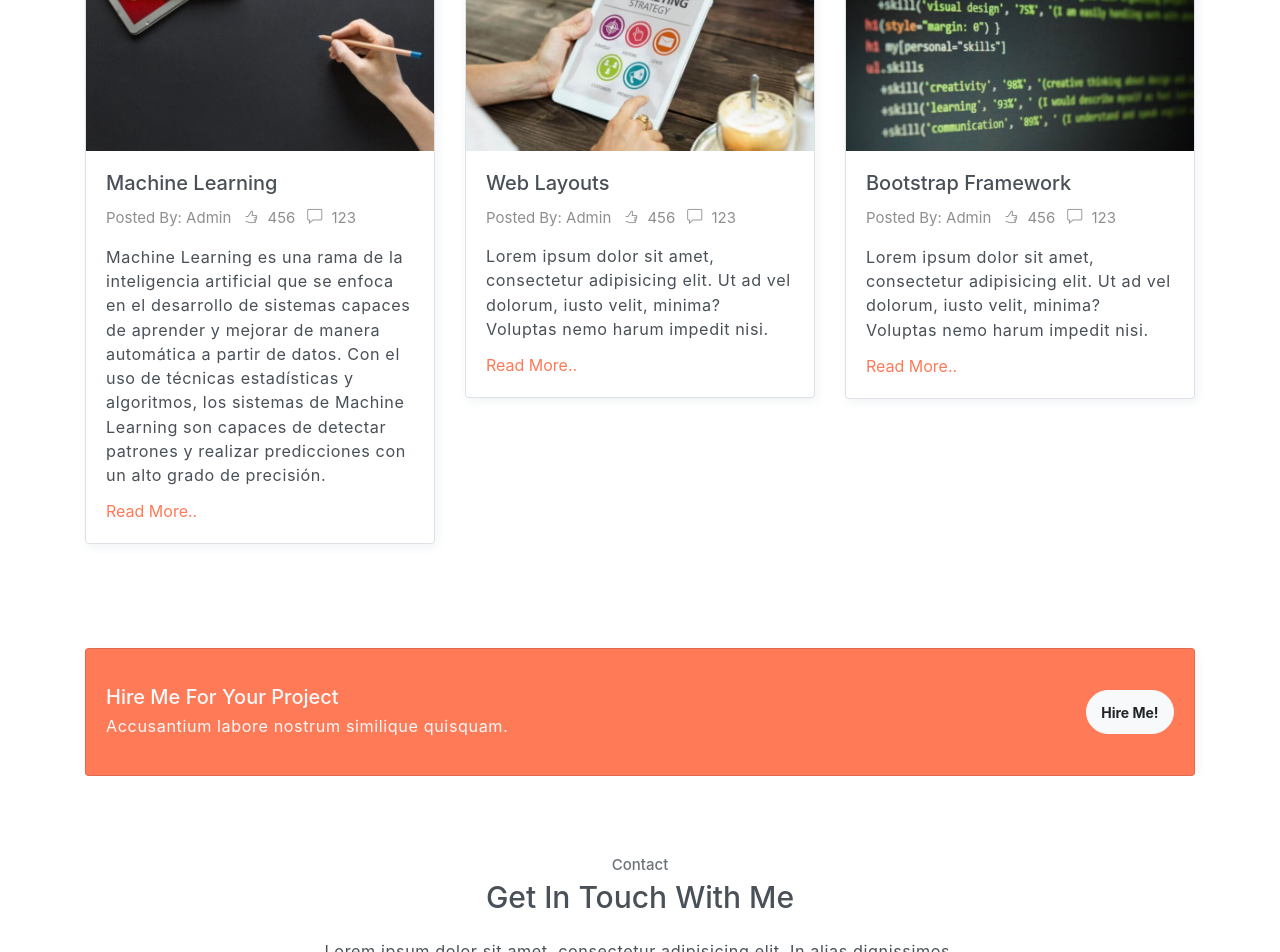
Repository: camilapisano/camilapisano.github.io
Page: index.html
An editor plug-in stored every save of this project. The page is shown before and after the next save, followed by the edit.
The browser window is 1280 px wide. The pictures show the part of the page from y = 2742 to 3694 px (the page is 4618 px tall before and 4497 px after).

Above is the page before, as saved 2023-01-18 14:53:47.

### index.html
<!DOCTYPE html>
<html lang="en">
<head>
	<meta charset="utf-8">
    <meta name="viewport" content="width=device-width, initial-scale=1, shrink-to-fit=no">
    <meta name="description" content="Start your development with Steller landing page.">
    <meta name="author" content="Devcrud">
    <title>Camila Pisano - Github </title>
    <!-- font icons -->
    <link rel="stylesheet" href="assets/vendors/themify-icons/css/themify-icons.css">
    <!-- Bootstrap + Steller main styles -->
	<link rel="stylesheet" href="assets/css/steller.css">
</head>
<body data-spy="scroll" data-target=".navbar" data-offset="40" id="home">

    <!-- Page navigation -->
    <nav class="navbar navbar-expand-lg navbar-light fixed-top" data-spy="affix" data-offset-top="0">
        <div class="container">
            <a class="navbar-brand" href="#"><img src="assets/imgs/logo.svg" alt=""></a>
            <button class="navbar-toggler" type="button" data-toggle="collapse" data-target="#navbarSupportedContent" aria-controls="navbarSupportedContent" aria-expanded="false" aria-label="Toggle navigation">
                <span class="navbar-toggler-icon"></span>
            </button>

            <div class="collapse navbar-collapse" id="navbarSupportedContent">
                <ul class="navbar-nav ml-auto align-items-center">
                    <li class="nav-item">
                        <a class="nav-link" href="#home">Home</a>
                    </li>
                    <li class="nav-item">
                        <a class="nav-link" href="#about">About</a>
                    </li>
                    <li class="nav-item">
                        <a class="nav-link" href="#service">Service</a>
                    </li>
                    <li class="nav-item d-none">
                        <a class="nav-link" href="#portfolio">Portfolio</a>
                    </li>
                    <li class="nav-item d-none">
                        <a class="nav-link" href="#testmonial">Testmonial</a>
                    </li>
                    <li class="nav-item">
                        <a class="nav-link" href="#blog">Blog</a>
                    </li>
                    <li class="nav-item">
                        <a class="nav-link" href="#contact">Contact</a>
                    </li>
                    <li class="nav-item">
                        <a class="- btn btn-primary rounded ml-4" href="components.html">ABOUT ME</a>
                    </li>
                </ul>
            </div>
        </div>
    </nav>
    <!-- End of page navibation -->

    <!-- Page Header -->
    <header class="header" id="home">
        <div class="container">
            <div class="infos">
                <h6 class="subtitle">hello,I'm</h6>
                <h6 class="title">Camila Pisano</h6>
                <p>Software Developer</p>

                <div class="buttons pt-3">
                    <button class="btn btn-primary rounded">ABOUT ME</button>
                    <button class="btn btn-dark rounded">DOWNLOAD CV</button>
                </div>

                <div class="socials mt-4">
                    <a class="social-item" href="javascript:void(0)"><i class="ti-facebook"></i></a>
                    <a class="social-item" href="javascript:void(0)"><i class="ti-google"></i></a>
                    <a class="social-item" href="javascript:void(0)"><i class="ti-github"></i></a>
                    <a class="social-item" href="javascript:void(0)"><i class="ti-twitter"></i></a>
                </div>
            </div>
            <div class="img-holder">
                <img src="assets/imgs/man.svg" alt="">
            </div>
        </div>

        <!-- Header-widget -->
        <div class="widget">
            <div class="widget-item">
                <h2>124</h2>
                <p>Happy Clients</p>
            </div>
            <div class="widget-item">
                <h2>456</h2>
                <p>Project Completed</p>
            </div>
            <div class="widget-item">
                <h2>789</h2>
                <p>Awards Won</p>
            </div>
        </div>
    </header>
    <!-- End of Page Header -->

    <!-- About section -->
    <section id="about" class="section mt-3">
        <div class="container mt-5">
            <div class="row text-center text-md-left">
                <div class="col-md-3">
                    <img src="assets/imgs/avatar.png" alt="" class="img-thumbnail mb-4">
                </div>
                <div class="pl-md-4 col-md-9">
                    <h6 class="title">Camila Pisano</h6>
                    <p class="subtitle">Software Developer</p>
                    <p>I am a professional with experience in the administrative and financial sector, and a growing passion for technology and programming. I am currently studying at ORT and deeping my knowledge in Python, with the goal of specializing in Machine Learning. My ability to learn quickly, my motivation for challenges, and my creativity are my main strengths. I have experience in administration and finance, accounting, foreign trade purchasing and customer service. I have led ERP implementation projects and performed administrative and accounting tasks. With a high level of responsibility and commitment in all tasks assigned to me, I am ready to apply my skills and knowledge in the field of artificial intelligence and machine learning.</p>
                    <p>.</p>
                    <button class="btn btn-primary rounded mt-3">DOWNLOAD CV</button>
                </div>
            </div>
        </div>
    </section>

    <!-- Service section -->
    <section id="service" class="section">
        <div class="container text-center">
            <h6 class="subtitle">Service</h6>
            <h6 class="section-title mb-4">What I Do</h6>
            <p class="mb-5 pb-4">Lorem ipsum dolor sit amet, consectetur adipisicing elit. In alias dignissimos. <br> rerum commodi corrupti, temporibus non quam.</p>

            <div class="row">
                <div class="col-sm-6 col-md-3 mb-4">
                    <div class="custom-card card border">
                        <div class="card-body">
                            <i class="icon ti-crown"></i>
                            <h5>UI/UX Design</h5>
                        </div>
                    </div>
                </div>
                <div class="col-sm-6 col-md-3 mb-4">
                    <div class="custom-card card border">
                        <div class="card-body">
                            <i class="icon ti-desktop"></i>
                            <h5>Web Design</h5>
                        </div>
                    </div>
                </div>
                <div class="col-sm-6 col-md-3 mb-4">
                    <div class="custom-card card border">
                        <div class="card-body">
                            <i class="icon ti-mobile"></i>
                            <h5>App Development</h5>
                        </div>
                    </div>
                </div>
                <div class="col-sm-6 col-md-3 mb-4">
                    <div class="custom-card card border">
                        <div class="card-body">
                            <i class="icon ti-pie-chart"></i>
                            <h5>SQL</h5>
                        </div>
                    </div>
                </div>
            </div>
        </div>
    </section>
    <!-- End of Sectoin -->

    <!-- Skills section -->
    <section class="section">
        <div class="container text-center">
            <h6 class="subtitle">Skills</h6>
            <h6 class="section-title mb-4">Why Choose me</h6>
            <p class="mb-5 pb-4">Lorem ipsum dolor sit amet, consectetur adipisicing elit. In alias dignissimos. <br> rerum commodi corrupti, temporibus non quam.</p>

            <div class="row text-left">
                <div class="col-sm-6">
                    <h6 class="mb-3">Sofware Development</h6>
                    <div class="progress">
                        <div class="progress-bar bg-primary" role="progressbar" style="width: 89%;" aria-valuenow="25" aria-valuemin="0" aria-valuemax="100"><span>89%</span></div>
                    </div>
                </div>
                <div class="col-sm-6">
                    <h6 class="mb-3">Accounting</h6>
                    <div class="progress">
                        <div class="progress-bar bg-primary" role="progressbar" style="width: 83%;" aria-valuenow="25" aria-valuemin="0" aria-valuemax="100"><span>83%</span></div>
                    </div>
                </div>
                <div class="col-sm-6">
                    <h6 class="mb-3">Logistics</h6>
                    <div class="progress">
                        <div class="progress-bar bg-primary" role="progressbar" style="width: 95%;" aria-valuenow="25" aria-valuemin="0" aria-valuemax="100"><span>95%</span></div>
                    </div>
                </div>
                <div class="col-sm-6">
                    <h6 class="mb-3">ERP Implementation</h6>
                    <div class="progress">
                        <div class="progress-bar bg-primary" role="progressbar" style="width: 90%;" aria-valuenow="25" aria-valuemin="0" aria-valuemax="100"><span>90%</span></div>
                    </div>
                </div>
            </div>
        </div>
    </section>
    <!-- End of Skills sections -->

    <!-- Blog Section -->
    <section id="blog" class="section">
        <div class="container text-center">
            <h6 class="subtitle">My Blogs</h6>
            <h6 class="section-title mb-4">Latest News</h6>
            <p class="mb-5 pb-4">Lorem ipsum dolor sit amet, consectetur adipisicing elit. In alias dignissimos. <br> rerum commodi corrupti, temporibus non quam.</p>

            <div class="row text-left">
                <div class="col-md-4">
                    <div class="card border mb-4">
                        <img src="assets/imgs/blog-1.jpg" alt="" class="card-img-top w-100">
                        <div class="card-body">
                            <h5 class="card-title">Machine Learning</h5>
                            <div class="post-details">
                                <a href="javascript:void(0)">Posted By: Admin</a>
                                <a href="javascript:void(0)"><i class="ti-thumb-up"></i> 456</a>
                                <a href="javascript:void(0)"><i class="ti-comment"></i> 123</a>
                            </div>
                            <p>Machine Learning es una rama de la inteligencia artificial que se enfoca en el desarrollo de sistemas capaces de aprender y mejorar de manera automática a partir de datos. Con el uso de técnicas estadísticas y algoritmos, los sistemas de Machine Learning son capaces de detectar patrones y realizar predicciones con un alto grado de precisión. </p>
                            <a href="javascript:void(0)">Read More..</a>
                        </div>
                    </div>
                </div>
                <div class="col-md-4">
                    <div class="card border mb-4">
                        <img src="assets/imgs/blog-2.jpg" alt="" class="card-img-top w-100">
                        <div class="card-body">
                            <h5 class="card-title">Web Layouts</h5>
                            <div class="post-details">
                                <a href="javascript:void(0)">Posted By: Admin</a>
                                <a href="javascript:void(0)"><i class="ti-thumb-up"></i> 456</a>
                                <a href="javascript:void(0)"><i class="ti-comment"></i> 123</a>
                            </div>
                            <p>Lorem ipsum dolor sit amet, consectetur adipisicing elit. Ut ad vel dolorum, iusto velit, minima? Voluptas nemo harum impedit nisi.</p>
                            <a href="javascript:void(0)">Read More..</a>
                        </div>
                    </div>
                </div>
                <div class="col-md-4">
                    <div class="card border mb-4">
                        <img src="assets/imgs/blog-3.jpg" alt="" class="card-img-top w-100">
                        <div class="card-body">
                            <h5 class="card-title">Bootstrap Framework</h5>
                            <div class="post-details">
                                <a href="javascript:void(0)">Posted By: Admin</a>
                                <a href="javascript:void(0)"><i class="ti-thumb-up"></i> 456</a>
                                <a href="javascript:void(0)"><i class="ti-comment"></i> 123</a>
                            </div>
                            <p>Lorem ipsum dolor sit amet, consectetur adipisicing elit. Ut ad vel dolorum, iusto velit, minima? Voluptas nemo harum impedit nisi.</p>
                            <a href="javascript:void(0)">Read More..</a>
                        </div>
                    </div>
                </div>
            </div>
        </div>
    </section>

    <!-- Hire me section -->
    <section class="bg-gray p-0 section">
        <div class="container">
            <div class="card bg-primary">
                <div class="card-body text-light">
                    <div class="row align-items-center">
                        <div class="col-sm-9 text-center text-sm-left">
                            <h5 class="mt-3">Hire Me For Your Project</h5>
                            <p class="mb-3">Accusantium labore nostrum similique quisquam.</p>
                        </div>
                        <div class="col-sm-3 text-center text-sm-right">
                            <button class="btn btn-light rounded">Hire Me!</button>
                        </div>
                    </div>
                </div>
            </div>
        </div>
    </section>
    <!-- End od Hire me section. -->

    <!-- Contact Section -->
    <section id="contact" class="position-relative section">
        <div class="container text-center">
            <h6 class="subtitle">Contact</h6>
            <h6 class="section-title mb-4">Get In Touch With Me</h6>
            <p class="mb-5 pb-4">Lorem ipsum dolor sit amet, consectetur adipisicing elit. In alias dignissimos. <br> rerum commodi corrupti, temporibus non quam.</p>

            <div class="contact text-left">
                <div class="form">
                    <h6 class="subtitle">Available 24/7</h6>
                    <h6 class="section-title mb-4">Get In Touch</h6>
                    <form>
                        <div class="form-group">
                            <input type="email" class="form-control" id="exampleInputEmail1" aria-describedby="emailHelp" placeholder="Enter email" required>
                        </div>
                        <div class="form-group">
                            <input type="password" class="form-control" id="exampleInputPassword1" placeholder="Password" required>
                        </div>
                        <div class="form-group">
                            <textarea name="contact-message" id="" cols="30" rows="5" class="form-control" placeholder="Message"></textarea>
                        </div>
                        <button type="submit" class="btn btn-primary btn-block rounded w-lg">Send Message</button>
                    </form>
                </div>
                <div class="contact-infos">
                    <div class="item">
                        <i class="ti-location-pin"></i>
                        <div class="">
                            <h5>Location</h5>
                            <p> 12345 Fake ST NoWhere AB Country</p>
                        </div>
                    </div>
                    <div class="item">
                        <i class="ti-mobile"></i>
                        <div>
                            <h5>Phone Number</h5>
                            <p>(123) 456-7890</p>
                        </div>
                    </div>
                    <div class="item">
                        <i class="ti-email"></i>
                        <div class="mb-0">
                            <h5>Email Address</h5>
                            <p>info@website.com</p>
                        </div>
                    </div>
                </div>
            </div>
        </div>
        <div id="map">
            <iframe src="https://snazzymaps.com/embed/61257"></iframe>
        </div>
    </section>
    <!-- End of Contact Section -->

    <!-- Page Footer -->
    <footer class="page-footer">
        <div class="container">
            <div class="row align-items-center">
                <div class="col-sm-6">
                    <p>Copyright <script>document.write(new Date().getFullYear())</script> &copy; <a href="http://www.devcrud.com" target="_blank">DevCRUD</a></p>
                </div>
                <div class="col-sm-6">
                    <div class="socials">
                        <a class="social-item" href="javascript:void(0)"><i class="ti-facebook"></i></a>
                        <a class="social-item" href="javascript:void(0)"><i class="ti-google"></i></a>
                        <a class="social-item" href="javascript:void(0)"><i class="ti-github"></i></a>
                        <a class="social-item" href="javascript:void(0)"><i class="ti-twitter"></i></a>
                    </div>
                </div>
            </div>
        </div>
    </footer>
    <!-- End of page footer -->

	<!-- core  -->
    <script src="assets/vendors/jquery/jquery-3.4.1.js"></script>
    <script src="assets/vendors/bootstrap/bootstrap.bundle.js"></script>
    <!-- bootstrap 3 affix -->
	<script src="assets/vendors/bootstrap/bootstrap.affix.js"></script>

    <!-- steller js -->
    <script src="assets/js/steller.js"></script>

</body>
</html>

### assets/js/steller.js
/*!
=========================================================
* Steller Landing page
=========================================================

* Copyright: 2019 DevCRUD (https://devcrud.com)
* Licensed: (https://devcrud.com/licenses)
* Coded by www.devcrud.com

=========================================================

* The above copyright notice and this permission notice shall be included in all copies or substantial portions of the Software.
*/

// smooth scroll
$(document).ready(function(){
	$(".nav-link").on('click', function(event) {

    	if (this.hash !== "") {

			event.preventDefault();

			var hash = this.hash;

			$('html, body').animate({
				scrollTop: $(hash).offset().top
			}, 700, function(){
				window.location.hash = hash;
			});
      	}
    });
});

Loaded but not shown: assets/vendors/themify-icons/css/themify-icons.css (library); assets/css/steller.css (library); assets/vendors/jquery/jquery-3.4.1.js (library); assets/vendors/bootstrap/bootstrap.bundle.js (library); assets/vendors/bootstrap/bootstrap.affix.js (library)

After the next save:
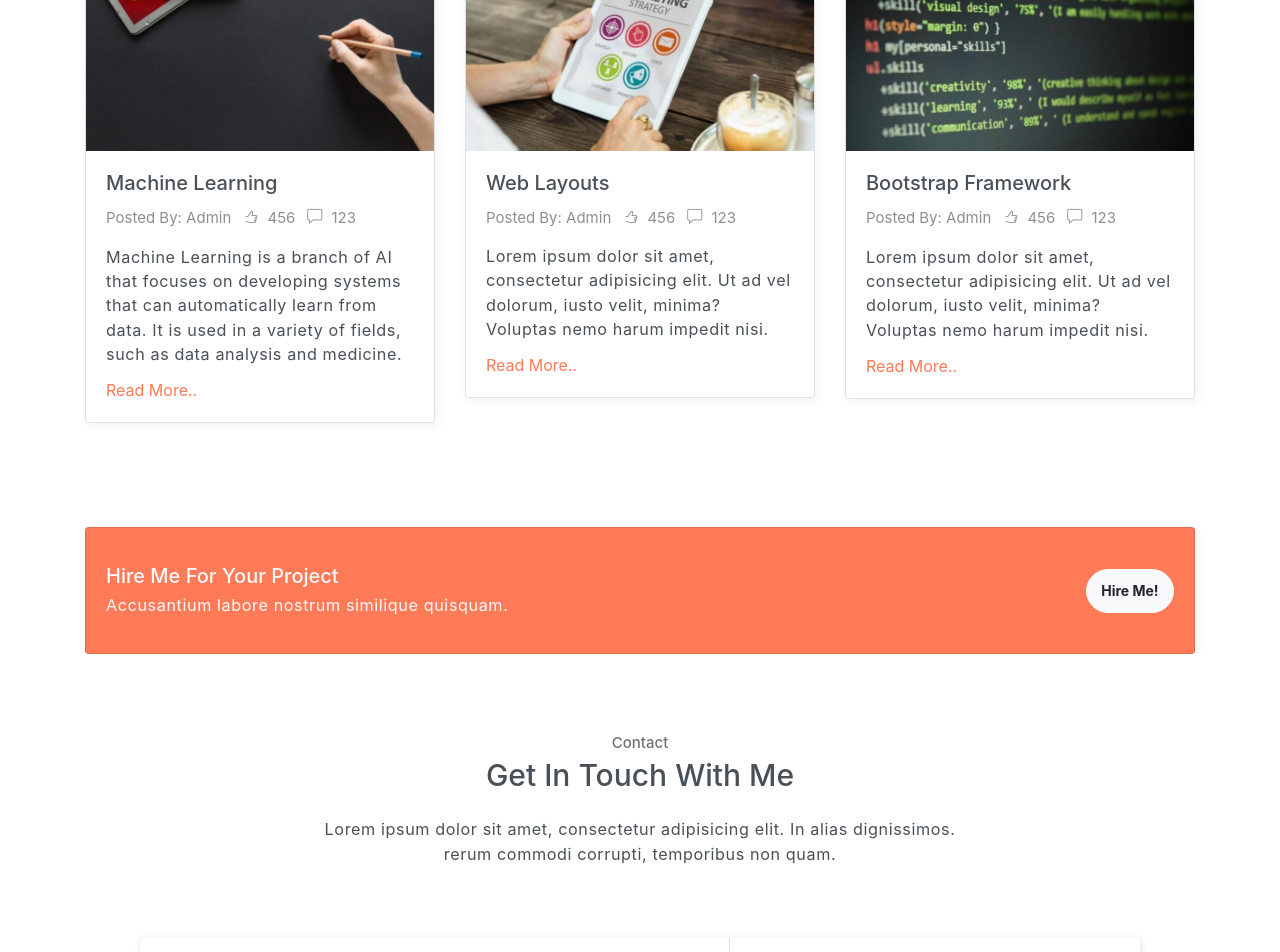
Saved 97 s later.
--- a/index.html
+++ b/index.html
@@ -214,7 +214,7 @@
                                 <a href="javascript:void(0)"><i class="ti-thumb-up"></i> 456</a>
                                 <a href="javascript:void(0)"><i class="ti-comment"></i> 123</a>
                             </div>
-                            <p>Machine Learning es una rama de la inteligencia artificial que se enfoca en el desarrollo de sistemas capaces de aprender y mejorar de manera automática a partir de datos. Con el uso de técnicas estadísticas y algoritmos, los sistemas de Machine Learning son capaces de detectar patrones y realizar predicciones con un alto grado de precisión. </p>
+                            <p>Machine Learning is a branch of AI that focuses on developing systems that can automatically learn from data. It is used in a variety of fields, such as data analysis and medicine.</p>
                             <a href="javascript:void(0)">Read More..</a>
                         </div>
                     </div>
